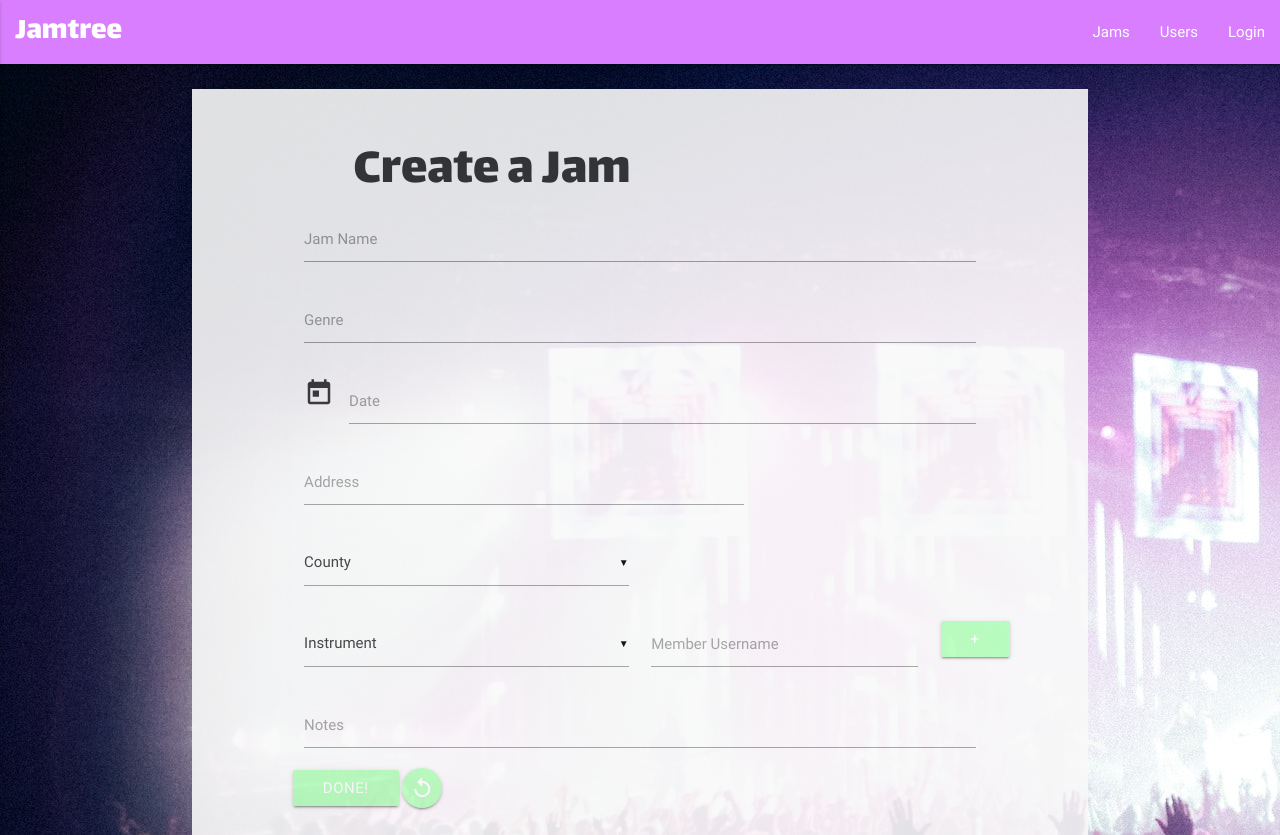
Repository: EdShackleton/milestone-project-3
Page: templates/addjam.html
The author's editor kept a record of every edit. The page is drawn from the files as they stood at one moment, then again after the next edit.
The browser window is 1280 px wide. The pictures show the whole page.
Backgrounds fixed to the window are drawn as part of the page. Some web libraries are served in a nearby version. The template is drawn by Flask 3. The application's start-up code is not run. Style sheets and scripts are compiled from the project's sources, by tool versions that may differ from the author's. The template is opened directly, without the code that normally fills it, so the values that code supplies are empty.

Above is the page before.

After the next edit:
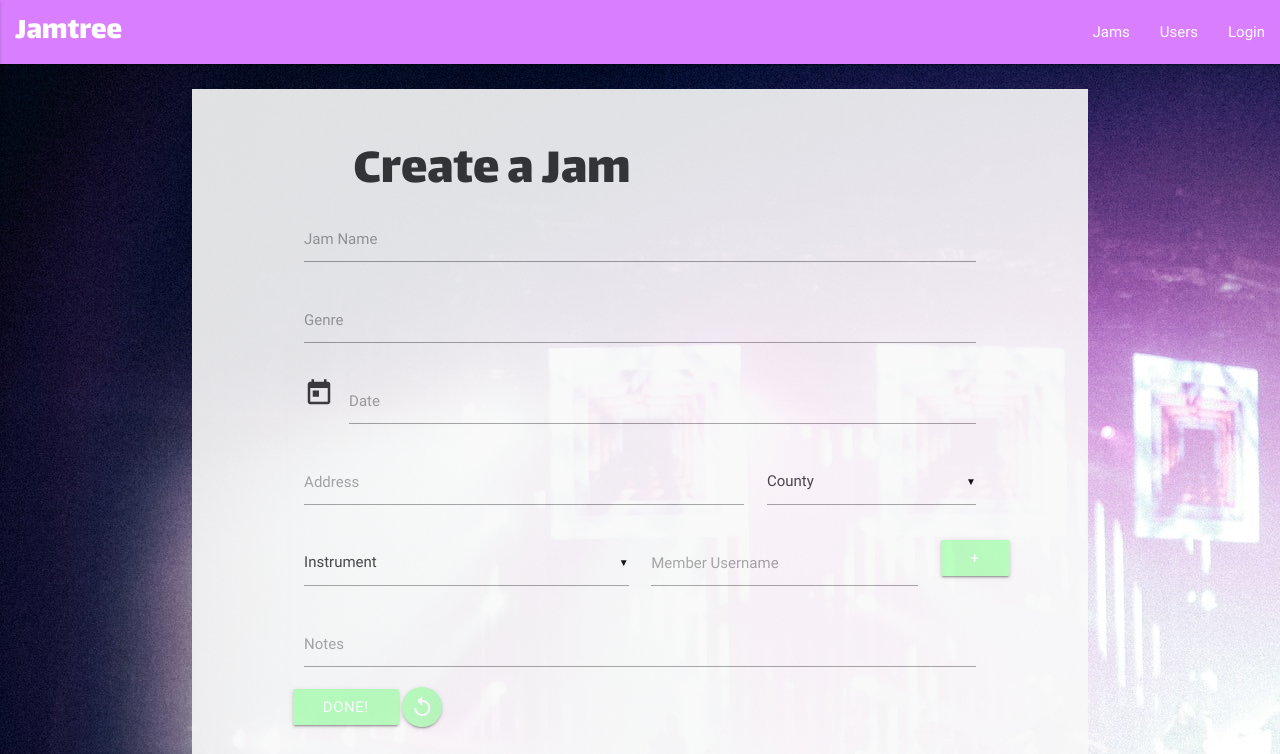
The edit:
--- a/templates/addjam.html
+++ b/templates/addjam.html
@@ -27,7 +27,7 @@
                 <input id="jam_location" name="jam_location" type="text">
                 <label for="icon_prefix">Address</label>
             </span>
-                <span class="input-field col s6">
+                <span class="input-field col s6 m4">
                 <select name="jam_county">
                     <option value="" disabled selected>County</option>
                     {% for county in counties %}
